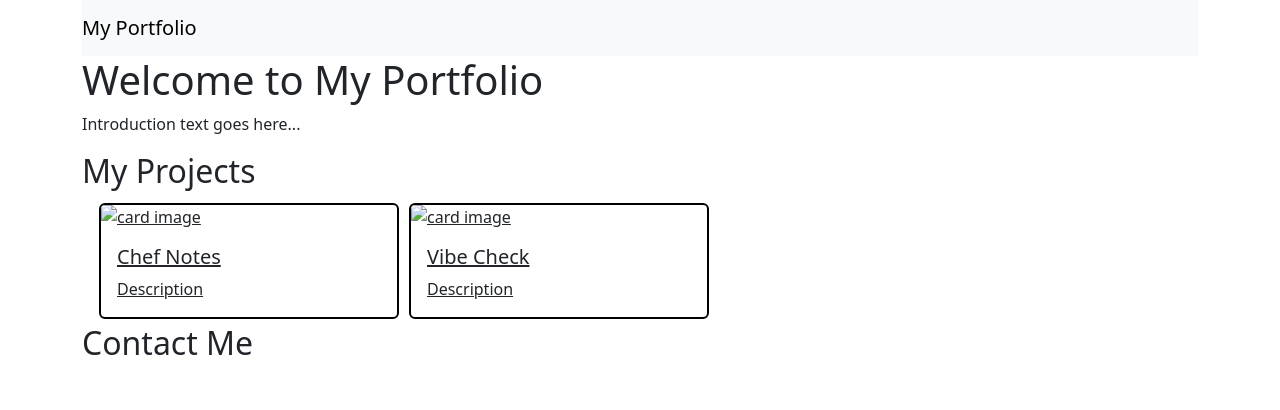
Repository: ChaidGPT/Portfolio
Page: index.html
An editor plug-in stored every save of this project. The page is shown before and after the next save, followed by the edit.
The browser window is 1280 px wide. The pictures show the whole page.

Above is the page before, as saved 2023-06-18 07:52:20.

### index.html
<!DOCTYPE html>
<html lang="en">
<head>
    <meta charset="UTF-8">
    <meta name="viewport" content="width=device-width, initial-scale=1.0">
    <title>My Portfolio</title>
    <link rel="stylesheet" href="css/bootstrap.min.css">
    <link rel="stylesheet" href="styles.css">
</head>
<body>
    <div class="container">
        <header>
            <!-- Navbar -->
            <nav class="navbar navbar-expand-lg navbar-light bg-light">
                <a class="navbar-brand" href="#">My Portfolio</a>
                <!-- Add your navigation links here -->
            </nav>
        </header>

        <main>
            <!-- Introduction section -->
            <section>
                <h1>Welcome to My Portfolio</h1>
                <p>Introduction text goes here...</p>
            </section>

            <!-- Projects section -->
            <section>
                <h2>My Projects</h2>
                <div class="container">
                    <div class="d-flex flex-row">
                        <a href="https://chaidgpt.github.io/ChefNotes/" target="_blank" class="card">
                            <img src="" class="card-img-top" alt="card image">
                            <div class="card-body">
                                <h5 class="card-title">Chef Notes</h5>
                                <p class="card-text">Description</p>
                            </div>
                        </a>
                        <a href="https://chaidgpt.github.io/Dis-Service/" target="_blank" class="card">
                            <img src="" class="card-img-top" alt="card image">
                            <div class="card-body">
                                <h5 class="card-title">Vibe Check</h5>
                                <p class="card-text">Description</p>
                            </div>
                        </a>
                        <!-- Add more cards as needed -->
                    </div>
                </div>
            </section>

            <!-- Contact section -->
            <section>
                <h2>Contact Me</h2>
                <!-- Add your contact form or information here -->
            </section>
        </main>

        <footer>
            <!-- Footer content goes here -->
        </footer>
    </div>
    <script src="js/bootstrap.min.js"></script>
</body>
</html>

### styles.css
.card {
    border: 2px solid #000;
    width: 300px;
    margin: 5px;
}

Loaded but not shown: css/bootstrap.min.css (library); js/bootstrap.min.js (library)

After the next save:
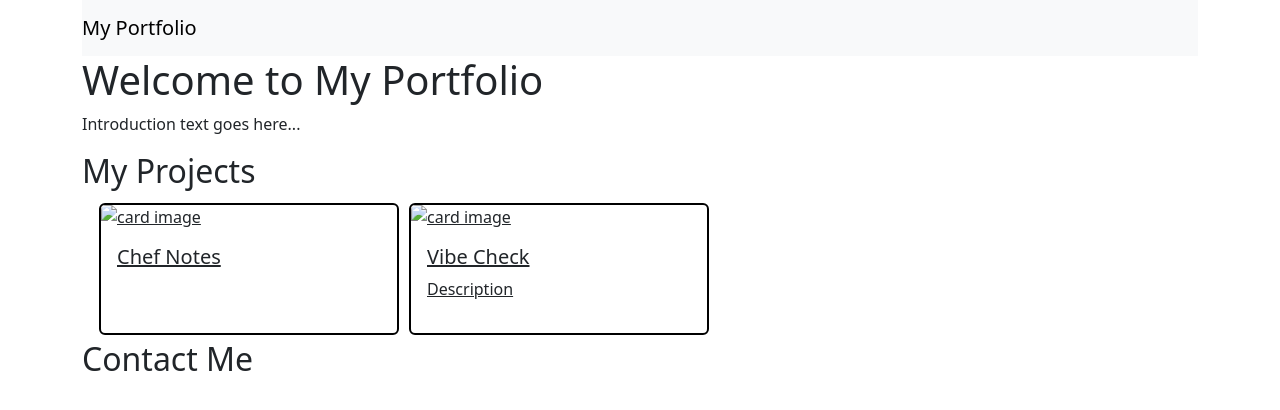
Saved 5 min 25 s later.
--- a/index.html
+++ b/index.html
@@ -33,14 +33,14 @@
                             <img src="" class="card-img-top" alt="card image">
                             <div class="card-body">
                                 <h5 class="card-title">Chef Notes</h5>
-                                <p class="card-text">Description</p>
+                                <p class="card-description">Description</p>
                             </div>
                         </a>
                         <a href="https://chaidgpt.github.io/Dis-Service/" target="_blank" class="card">
                             <img src="" class="card-img-top" alt="card image">
                             <div class="card-body">
                                 <h5 class="card-title">Vibe Check</h5>
-                                <p class="card-text">Description</p>
+                                <p class="card-card-description">Description</p>
                             </div>
                         </a>
                         <!-- Add more cards as needed -->
--- a/styles.css
+++ b/styles.css
@@ -3,3 +3,14 @@
     width: 300px;
     margin: 5px;
 }
+
+.card .card-description {
+    position: absolute;
+    top: 0;
+    left: 0;
+    width: 100%;
+    height: 100%;
+    opacity: 0;
+    transition: opacity 0.3s;
+    padding: 10px;
+}
